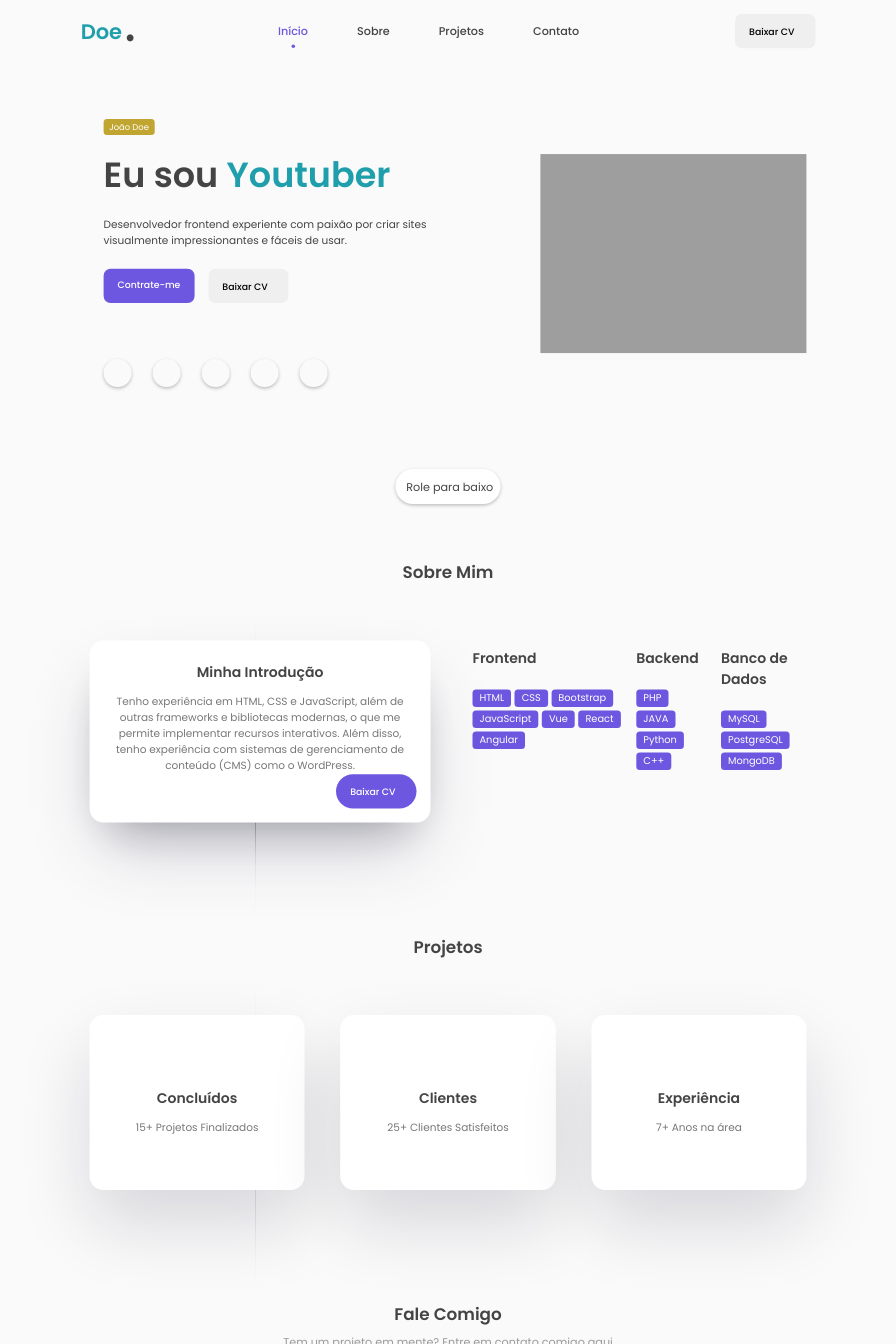
Repository: Matheus904-12/PrePortf
Page: index.html
These files come from the project's save history. The page is drawn as it stood at one moment and after the next save; the edit follows.
The browser window is 1280 px wide. The pictures show the part of the page from y = 0 to 1920 px (the page is 2790 px tall), at 70% of full size.
Pictures or frames that could not be fetched are drawn as grey boxes. Some icons come from a web library that is not loaded, so they are not drawn.

Above is the page before, as saved 2023-09-29 10:37:15.

After the next save:
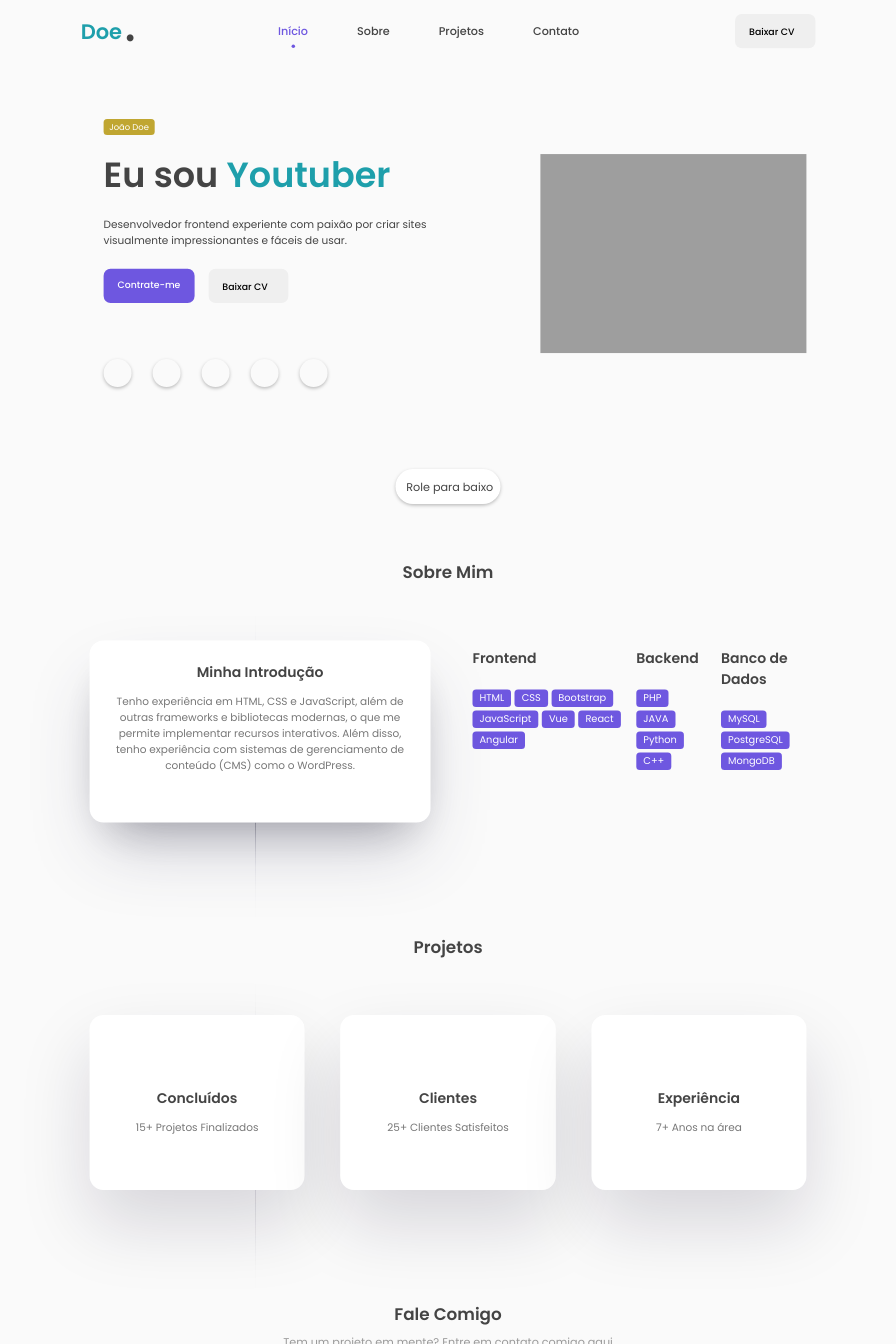
Saved 9 min 30 s later.
--- a/index.html
+++ b/index.html
@@ -106,9 +106,7 @@
                                 modernas, o que me permite implementar recursos interativos. Além disso, tenho
                                 experiência com sistemas de gerenciamento de conteúdo (CMS) como o WordPress.
                             </p>
-                            <div class="about-btn">
-                                <button class="btn">Baixar CV <i class="uil uil-import"></i></button>
-                            </div>
+
                         </div>
                     </div>
                     <div class="col">
